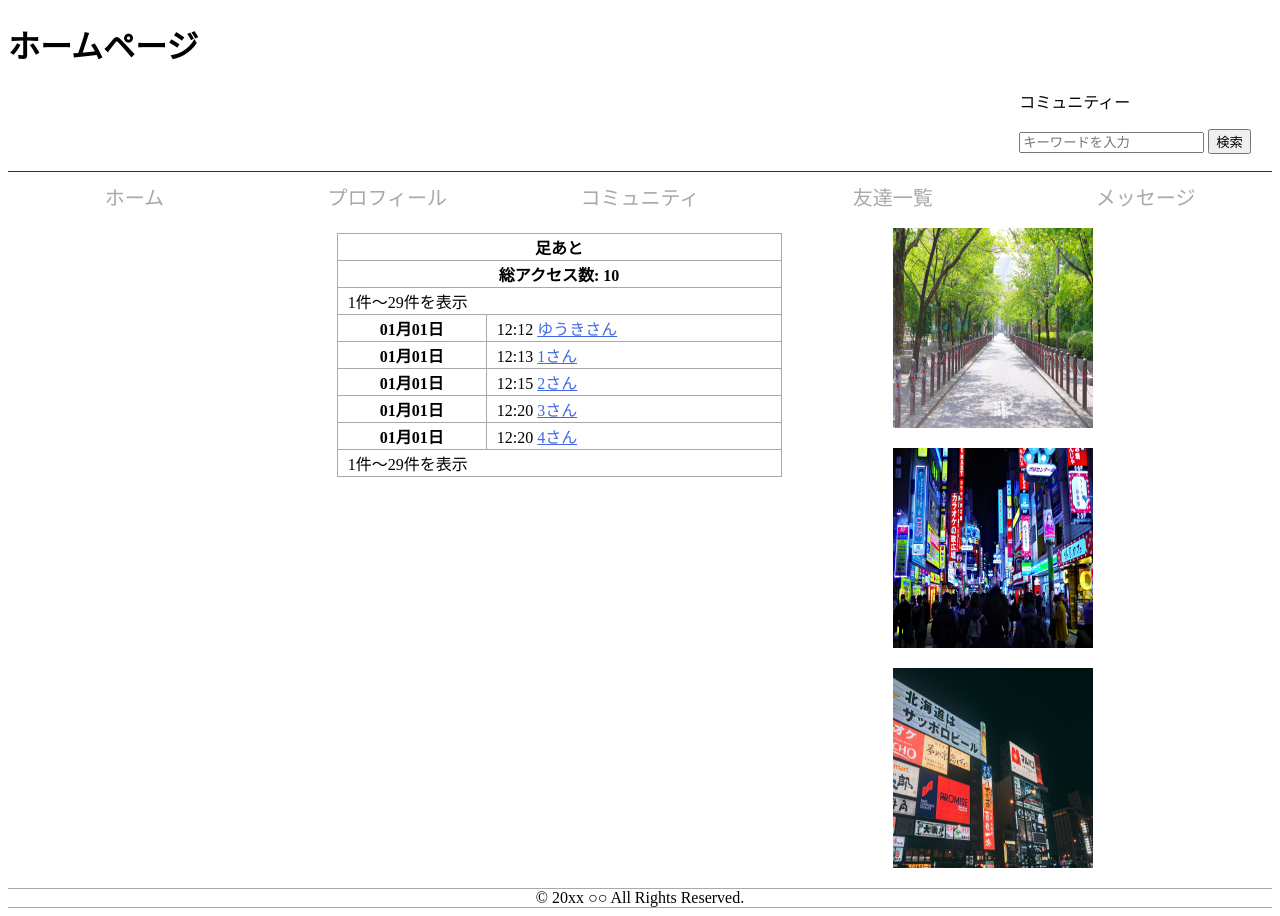
Repository: yuukiabc/samurai_PHP
Page: asiato.html
The author's editor kept a record of every edit. The page is drawn from the files as they stood at one moment, then again after the next edit.
The browser window is 1280 px wide. The pictures show the whole page.

Above is the page before.

### asiato.html
<!DOCTYPE html>
<html>
    <head><meta charset="UTF-8">
        <title>sns</title>
        <link rel="stylesheet"type="text/css"href="asiato.css">
    </head>
    <body>

            <div class="f">
                <h1>ホームページ</h1>
                <div class="e">
                    <p>コミュニティー</p>
                    <input type="search" name="search" placeholder="キーワードを入力">
                    <input type="submit" name="submit" value="検索">
                </div>
            </div>

            <div class="d">
                 <ul>
                    <li><a href="HP.html">ホーム</a></li>
                    <li><a href="PF.html">プロフィール</a></li>
                    <li><a href="CM.html">コミュニティ</a></li>
                    <li><a href="Friends list.html">友達一覧</a></li>
                    <li><a href="message.html">メッセージ</a></li>
                </ul>
            </div>
            <div class="h">
            <div class="c">
                <div class="box">
                <table>
                <tr>
                    <th colspan="2">足あと</th>
                </tr>
                <tr>
                    <th colspan="2">総アクセス数: 10</th>
                </tr>
                <tr>
                <td colspan="2">1件〜29件を表示</td>
                </tr>
                <tr>
                    <th>01月01日</th> <td>12:12 <a href="#">ゆうきさん</a></td>
                </tr>
                <tr>
                    <th>01月01日</th> <td>12:13 <a href="#">1さん</a></td>
                </tr>
                <tr>
                    <th>01月01日</th> <td>12:15 <a href="#">2さん</a></td>
                </tr>
                <tr>
                    <th>01月01日</th> <td>12:20 <a href="#">3さん</a></td>
                </tr>
                <tr>
                    <th>01月01日</th> <td>12:20 <a href="#">4さん</a></td>
                </tr>
                <tr>
                <td colspan="2">1件〜29件を表示</td>
                </tr>
                </table>
                </div>
            </div>

            <div class="a">
                <p>
                    <img src="8.jpg"alt="写真">
                </p>
                <p>
                    <img src="9.jpg"alt="写真">
                </p>
                <p>
                    <img src="10.jpg"alt="写真">
                </p>
            </div>
        </div>
        <div class="g">
            <p>&copy; 20xx ○○ All Rights Reserved.</p>
        </div>
    </body>
</html>

### asiato.css
.f{
    border-bottom: 1px solid #2b2b2b;
    height: 150px;
}
.f a {
  margin-left: 10%;
  text-decoration: none;
  font-size: 20px;
  color: #4169e1;
}
.e{
    margin-left: 80%;
}
.d{
    align-content: center;
    width: 100%;
    display: block;
    margin-left: auto;
    margin-right: auto;
    overflow: hidden;

}
.d ul{
    list-style-type: none;
    padding: 0;
    margin: 0;
}
.d ul li{
    float: left;
    text-align: center;
    width: 20%;
}
.d ul li a{

    display: block;
    height: 20px;
    padding: 10px;
    text-decoration: none;
    color: #a9a9a9;
    font-size: 20px;
    margin: 0;
}
.d ul li a:hover{
    filter: drop-shadow(10px 10px 10px black);
}
.menu{
    border-top: 1px solid #2b2b2b;
}
.g{
    border-top: 1px solid #a9a9a9;
    border-bottom: 1px solid #a9a9a9;
    text-align: center;
}
.g p{
    margin :0;
}
.c{
    height: 100%;
    width: 55%;
    float: left;

    padding-left: 15%;

}
.c p{
    text-align: center;
}
.c table{
    width: 80%;
    border-collapse: collapse;
}
.c td{
    padding-left: 10px;
}
.c th,td{
    border: 1px #000000 solid;
    border-color: #a9a9a9;
}
.box{
    padding-top: 3%;
    padding-left: 20%;
}

.h{
    overflow: hidden;
}
.a{
    height: 100%;
    width: 15%;
    float: left;
}
.a img{
    height: 200px;
    width: 200px;
}
.table{
    text-align: right;
}
.box a{
    color: #4169e1;
}

After the next edit:
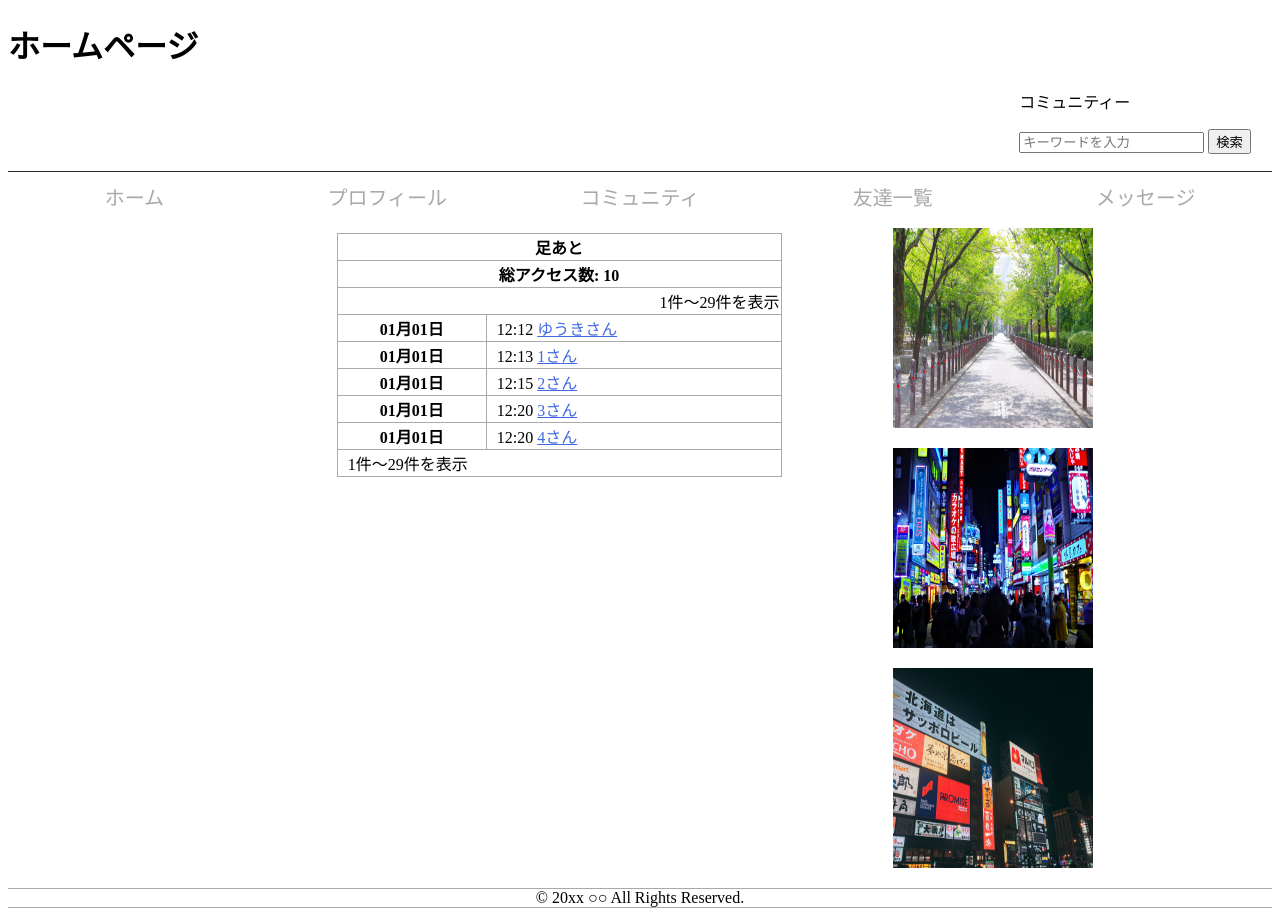
The edit:
--- a/asiato.html
+++ b/asiato.html
@@ -35,7 +35,7 @@
                     <th colspan="2">総アクセス数: 10</th>
                 </tr>
                 <tr>
-                <td colspan="2">1件〜29件を表示</td>
+                <td colspan="2" class="table">1件〜29件を表示</td>
                 </tr>
                 <tr>
                     <th>01月01日</th> <td>12:12 <a href="#">ゆうきさん</a></td>
